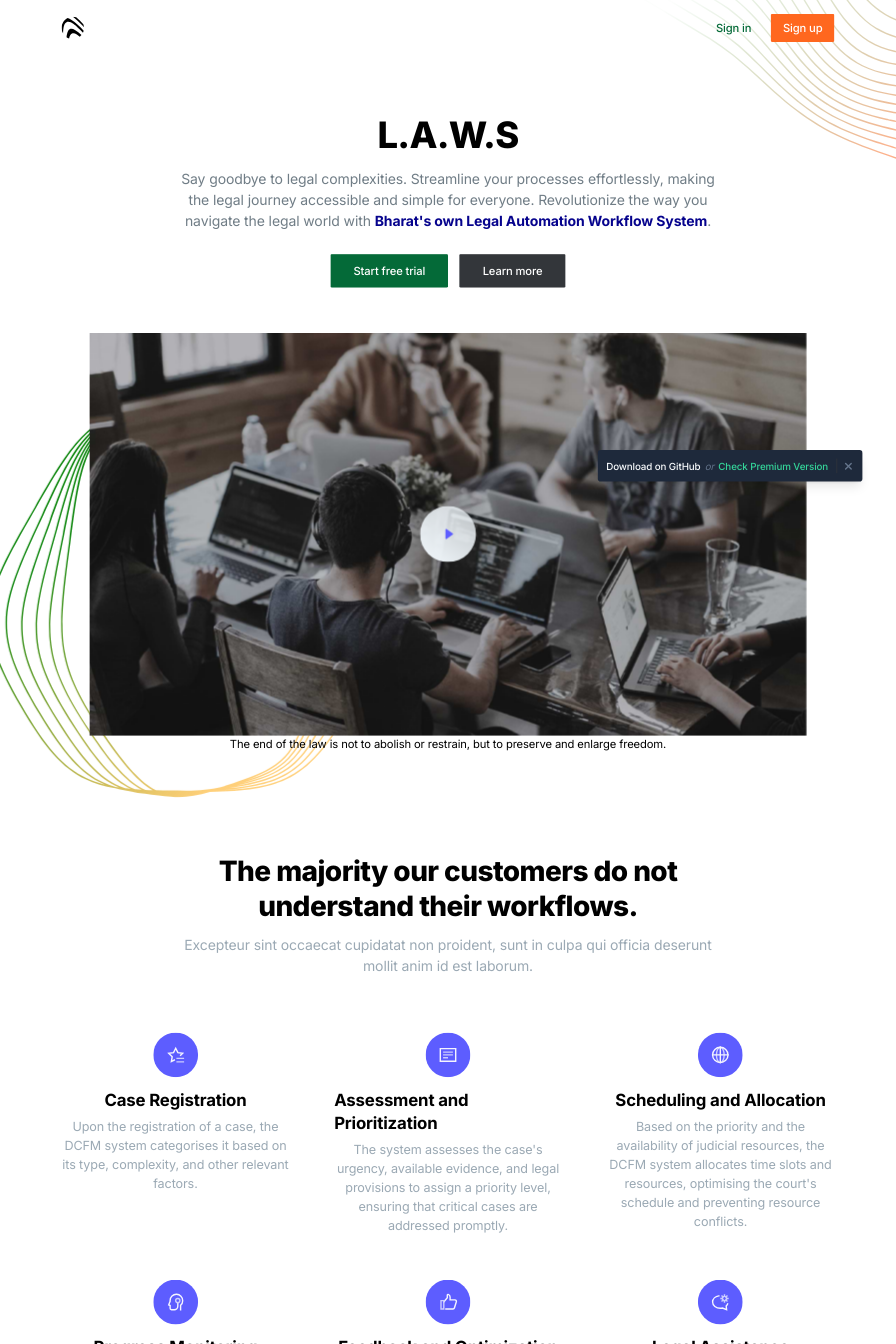
Repository: xoshiraghavx/SIH-23
Page: /
An editor plug-in stored every save of this project. The page is shown before and after the next save, followed by the edit.
The browser window is 1280 px wide. The pictures show the part of the page from y = 0 to 1920 px (the page is 5214 px tall), at 70% of full size.
The project was rebuilt for these pictures with package versions that can differ from the ones it lists, and the page was loaded fresh each time. The framework's server and built-in components were replaced by stand-ins that run in the browser. Also part of the build but not shown: next.config.js.

Above is the page before, as saved 2023-09-29 08:34:29.

### app/layout.tsx
import './css/style.css'

import { Inter, Architects_Daughter } from 'next/font/google'

import Header from '@/components/ui/header'
import Banner from '@/components/banner'

const inter = Inter({
  subsets: ['latin'],
  variable: '--font-inter',
  display: 'swap'
})

const architects_daughter = Architects_Daughter({
  subsets: ['latin'],
  variable: '--font-architects-daughter',
  weight: '400',
  display: 'swap'
})

export const metadata = {
  title: 'Create Next App',
  description: 'Generated by create next app',
}

export default function RootLayout({
  children,
}: {
  children: React.ReactNode
}) {
  return (
    <html lang="en">
      <body className={`${inter.variable} ${architects_daughter.variable} font-inter antialiased bg-white text-black tracking-tight`}>
        <div className="flex flex-col min-h-screen overflow-hidden">
          <Header />
          {children}
          <Banner />
        </div>
      </body>
    </html>
  )
}

### components/ui/header.tsx
import Link from 'next/link'
import MobileMenu from './mobile-menu'

export default function Header() {
  return (
    <header className="absolute w-full z-30">
      <div className="max-w-6xl mx-auto px-4 sm:px-6">
        <div className="flex items-center justify-between h-20">
          {/* Site branding */}
          <div className="shrink-0 mr-4">
            {/* Logo */}
            <Link href="/" className="block" aria-label="Cruip">
              <svg className="w-8 h-8 fill-current text-blue" viewBox="0 0 32 32" xmlns="http://www.w3.org/2000/svg">
                <path d="M31.952 14.751a260.51 260.51 0 00-4.359-4.407C23.932 6.734 20.16 3.182 16.171 0c1.634.017 3.21.28 4.692.751 3.487 3.114 6.846 6.398 10.163 9.737.493 1.346.811 2.776.926 4.262zm-1.388 7.883c-2.496-2.597-5.051-5.12-7.737-7.471-3.706-3.246-10.693-9.81-15.736-7.418-4.552 2.158-4.717 10.543-4.96 16.238A15.926 15.926 0 010 16C0 9.799 3.528 4.421 8.686 1.766c1.82.593 3.593 1.675 5.038 2.587 6.569 4.14 12.29 9.71 17.792 15.57-.237.94-.557 1.846-.952 2.711zm-4.505 5.81a56.161 56.161 0 00-1.007-.823c-2.574-2.054-6.087-4.805-9.394-4.044-3.022.695-4.264 4.267-4.97 7.52a15.945 15.945 0 01-3.665-1.85c.366-3.242.89-6.675 2.405-9.364 2.315-4.107 6.287-3.072 9.613-1.132 3.36 1.96 6.417 4.572 9.313 7.417a16.097 16.097 0 01-2.295 2.275z" />
              </svg>
            </Link>
          </div>

          {/* Desktop navigation */}
          <nav className="hidden md:flex md:grow">
            {/* Desktop sign in links */}
            <ul className="flex grow justify-end flex-wrap items-center">
              <li>
                <Link
                  href="/signin"
                  className="font-medium text-[#046A38] px-4 py-3 flex items-center transition duration-150 ease-in-out"
                >
                  Sign in
                </Link>
              </li>
              <li>
                <Link href="/signup" className="btn-sm text-white bg-[#FF671F] hover:bg-[#046A38] ml-3">
                  Sign up
                </Link>
              </li>
            </ul>
          </nav>

          <MobileMenu />

        </div>
      </div>
    </header>
  )
}

### components/banner.tsx
'use client'

import { useState } from 'react'

export default function Banner() {
  const [bannerOpen, setBannerOpen] = useState<boolean>(true)

  return (
    <>
      {bannerOpen && (
        <div className="fixed bottom-0 right-0 w-full md:bottom-8 md:right-12 md:w-auto z-50">
          <div className="bg-slate-800 text-slate-50 text-sm p-3 md:rounded shadow-lg flex justify-between">
            <div className="text-slate-500 inline-flex">
              <a
                className="font-medium hover:underline text-slate-50"
                href="https://github.com/cruip/open-react-template"
                target="_blank"
                rel="noreferrer"
              >
                Download<span className="hidden sm:inline"> on GitHub</span>
              </a>{' '}
              <span className="italic px-1.5">or</span>{' '}
              <a className="font-medium hover:underline text-emerald-400" href="https://cruip.com/open-pro/" target="_blank" rel="noreferrer">
                Check Premium Version
              </a>
            </div>
            <button className="text-slate-500 hover:text-slate-400 pl-2 ml-3 border-l border-gray-700" onClick={() => setBannerOpen(false)}>
              <span className="sr-only">Close</span>
              <svg className="w-4 h-4 shrink-0 fill-current" viewBox="0 0 16 16">
                <path d="M12.72 3.293a1 1 0 00-1.415 0L8.012 6.586 4.72 3.293a1 1 0 00-1.414 1.414L6.598 8l-3.293 3.293a1 1 0 101.414 1.414l3.293-3.293 3.293 3.293a1 1 0 001.414-1.414L9.426 8l3.293-3.293a1 1 0 000-1.414z" />
              </svg>
            </button>
          </div>
        </div>
      )}
    </>
  )
}

### app/css/additional-styles/utility-patterns.css
/* Typography */
.h1 {
    @apply text-4xl font-extrabold leading-tight tracking-tighter;
}

.h2 {
    @apply text-3xl font-extrabold leading-tight tracking-tighter;
}

.h3 {
    @apply text-3xl font-bold leading-tight;
}

.h4 {
    @apply text-2xl font-bold leading-snug tracking-tight;
}

@screen md {
    .h1 {
        @apply text-5xl;
    }

    .h2 {
        @apply text-4xl;
    }
}

/* Buttons */
.btn,
.btn-sm {
    @apply font-medium inline-flex items-center justify-center border border-transparent rounded-sm leading-snug transition duration-150 ease-in-out;
}

.btn {
    @apply px-8 py-3;
}

.btn-sm {
    @apply px-4 py-2;
}

/* Forms */
.form-input,
.form-textarea,
.form-multiselect,
.form-select,
.form-checkbox,
.form-radio {
    @apply bg-transparent border border-gray-700 focus:border-gray-500;
}

.form-input,
.form-textarea,
.form-multiselect,
.form-select,
.form-checkbox {
    @apply rounded-sm;
}

.form-input,
.form-textarea,
.form-multiselect,
.form-select {
    @apply py-3 px-4;
}

.form-input,
.form-textarea {
    @apply placeholder-gray-500;
}

.form-select {
    @apply pr-10;
}

.form-checkbox,
.form-radio {
    @apply text-purple-600;
}

### app/css/additional-styles/range-slider.css
/* Range slider */
:root {
    --range-thumb-size: 36px;
}

input[type=range] {
    appearance: none;
    background: #ccc;
    border-radius: 3px;
    height: 6px;
    margin-top: (--range-thumb-size - 6px) * 0.5;
    margin-bottom: (--range-thumb-size - 6px) * 0.5;
    --thumb-size: #{--range-thumb-size};
}

input[type=range]::-webkit-slider-thumb {
    appearance: none;
    -webkit-appearance: none;
    background-color: #000;
    background-image: url("data:[embedded picture, 172 characters]");
    background-position: center;
    background-repeat: no-repeat;
    border: 0;
    border-radius: 50%;
    cursor: pointer;
    height: --range-thumb-size;
    width: --range-thumb-size;
}

input[type=range]::-moz-range-thumb {
    background-color: #000;
    background-image: url("data:[embedded picture, 172 characters]");
    background-position: center;
    background-repeat: no-repeat;
    border: 0;
    border: none;
    border-radius: 50%;
    cursor: pointer;
    height: --range-thumb-size;
    width: --range-thumb-size;
}

input[type=range]::-ms-thumb {
    background-color: #000;
    background-image: url("data:[embedded picture, 172 characters]");
    background-position: center;
    background-repeat: no-repeat;
    border: 0;
    border-radius: 50%;
    cursor: pointer;
    height: --range-thumb-size;
    width: --range-thumb-size;
}

input[type=range]::-moz-focus-outer {
    border: 0;
}

### components/ui/mobile-menu.tsx
'use client'

import { useState, useRef, useEffect } from 'react'
import Link from 'next/link'

export default function MobileMenu() {
  const [mobileNavOpen, setMobileNavOpen] = useState<boolean>(false)

  const trigger = useRef<HTMLButtonElement>(null)
  const mobileNav = useRef<HTMLDivElement>(null)

  // close the mobile menu on click outside
  useEffect(() => {
    const clickHandler = ({ target }: { target: EventTarget | null }): void => {
      if (!mobileNav.current || !trigger.current) return;
      if (!mobileNavOpen || mobileNav.current.contains(target as Node) || trigger.current.contains(target as Node)) return;
      setMobileNavOpen(false)
    };
    document.addEventListener('click', clickHandler)
    return () => document.removeEventListener('click', clickHandler)
  })

  // close the mobile menu if the esc key is pressed
  useEffect(() => {
    const keyHandler = ({ keyCode }: { keyCode: number }): void => {
      if (!mobileNavOpen || keyCode !== 27) return;
      setMobileNavOpen(false)
    };
    document.addEventListener('keydown', keyHandler)
    return () => document.removeEventListener('keydown', keyHandler)
  })

  return (
    <div className="md:hidden">
      {/* Hamburger button */}
      <button
        ref={trigger}
        className={`hamburger ${mobileNavOpen && 'active'}`}
        aria-controls="mobile-nav"
        aria-expanded={mobileNavOpen}
        onClick={() => setMobileNavOpen(!mobileNavOpen)}
      >
        <span className="sr-only">Menu</span>
        <svg
          className="w-6 h-6 fill-current text-[#FF671F] transition duration-150 ease-in-out"
          viewBox="0 0 24 24"
          xmlns="http://www.w3.org/2000/svg"
        >
          <rect y="4" width="24" height="2" rx="1" />
          <rect y="11" width="24" height="2" rx="1" />
          <rect y="18" width="24" height="2" rx="1" />
        </svg>
      </button>

      {/*Mobile navigation */}
      <nav
        id="mobile-nav"
        ref={mobileNav}
        className="absolute top-full z-20 left-0 w-full px-4 sm:px-6 overflow-hidden transition-all duration-300 ease-in-out"
        style={mobileNavOpen ? { maxHeight: mobileNav.current?.scrollHeight, opacity: 1 } : { maxHeight: 0, opacity: 0.8 }}
      >
        <ul className="bg-gray-800 px-4 py-2">
          <li>
            <Link href="/signin" className="flex font-medium w-full text-purple-600 hover:text-gray-200 py-2 justify-center" onClick={() => setMobileNavOpen(false)}>
              Sign in
            </Link>
          </li>
          <li>
            <Link
              href="/signup"
              className="font-medium w-full inline-flex items-center justify-center border border-transparent px-4 py-2 my-2 rounded-sm text-white bg-purple-600 hover:bg-purple-700 transition duration-150 ease-in-out" onClick={() => setMobileNavOpen(false)}
            >
              Sign up
            </Link>
          </li>
        </ul>
      </nav>
    </div>
  )
}

### components/modal-video.tsx
'use client'

import { useState, useRef, Fragment } from 'react'
import type { StaticImageData } from 'next/image'
import { Dialog, Transition } from '@headlessui/react'
import Image from 'next/image'

interface ModalVideoProps {
  thumb: StaticImageData
  thumbWidth: number
  thumbHeight: number
  thumbAlt: string
  video: string
  videoWidth: number
  videoHeight: number
}

export default function ModalVideo({
  thumb,
  thumbWidth,
  thumbHeight,
  thumbAlt,
  video,
  videoWidth,
  videoHeight,
}: ModalVideoProps) {
  const [modalOpen, setModalOpen] = useState<boolean>(false)
  const videoRef = useRef<HTMLVideoElement>(null)

  return (
    <div>

      {/* Video thumbnail */}
      <div>
        <div className="relative flex justify-center items-center" data-aos="fade-up" data-aos-delay="200">
          <Image src={thumb} width={thumbWidth} height={thumbHeight} alt={thumbAlt} />
          <button className="absolute group" onClick={() => { setModalOpen(true) }} aria-label="Watch the video">
            <svg className="w-16 h-16 sm:w-20 sm:h-20 hover:opacity-75 transition duration-150 ease-in-out" viewBox="0 0 88 88" xmlns="http://www.w3.org/2000/svg">
              <defs>
                <linearGradient x1="78.169%" y1="9.507%" x2="24.434%" y2="90.469%" id="a">
                  <stop stopColor="#EBF1F5" stopOpacity=".8" offset="0%" />
                  <stop stopColor="#EBF1F5" offset="100%" />
                </linearGradient>
              </defs>
              <circle fill="url(#a)" cx="44" cy="44" r="44" />
              <path className="fill-current text-purple-600" d="M52 44a.999.999 0 00-.427-.82l-10-7A1 1 0 0040 37V51a.999.999 0 001.573.82l10-7A.995.995 0 0052 44V44c0 .001 0 .001 0 0z" />
            </svg>
          </button>
        </div>
      </div>
      {/* End: Video thumbnail */}

      <Transition show={modalOpen} as={Fragment} afterEnter={() => videoRef.current?.play()}>
        <Dialog initialFocus={videoRef} onClose={() => setModalOpen(false)}>

          {/* Modal backdrop */}
          <Transition.Child
            className="fixed inset-0 z-[99999] bg-black bg-opacity-75 transition-opacity"
            enter="transition ease-out duration-200"
            enterFrom="opacity-0"
            enterTo="opacity-100"
            leave="transition ease-out duration-100"
            leaveFrom="opacity-100"
            leaveTo="opacity-0"
            aria-hidden="true"
          />
          {/* End: Modal backdrop */}

          {/* Modal dialog */}
          <Transition.Child
            className="fixed inset-0 z-[99999] overflow-hidden flex items-center justify-center transform px-4 sm:px-6"
            enter="transition ease-out duration-200"
            enterFrom="opacity-0 scale-95"
            enterTo="opacity-100 scale-100"
            leave="ttransition ease-out duration-200"
            leaveFrom="oopacity-100 scale-100"
            leaveTo="opacity-0 scale-95"
          >
            <div className="max-w-6xl mx-auto h-full flex items-center">
              <Dialog.Panel className="w-full max-h-full aspect-video bg-black overflow-hidden">
                <video ref={videoRef} width={videoWidth} height={videoHeight} loop controls>
                  <source src={video} type="video/mp4" />
                  Your browser does not support the video tag.
                </video>
              </Dialog.Panel>
            </div>
          </Transition.Child>
          {/* End: Modal dialog */}

        </Dialog>
      </Transition>

    </div>
  )
}

Loaded but not shown: app/(default)/layout.tsx (common file); app/(default)/page.tsx (common file); app/css/style.css (common file); app/css/additional-styles/toggle-switch.css (common file); tailwind.config.js (common file); components/page-illustration.tsx (18 lines, source omitted); components/newsletter.tsx (47 lines, source omitted); components/hero.tsx (56 lines, source omitted); components/ui/footer.tsx (146 lines, source omitted); components/zigzag.tsx (137 lines, source omitted); components/features.tsx (98 lines, source omitted); components/testimonials.tsx (76 lines, source omitted); app/css/additional-styles/theme.css (152 lines, source omitted)

After the next save:
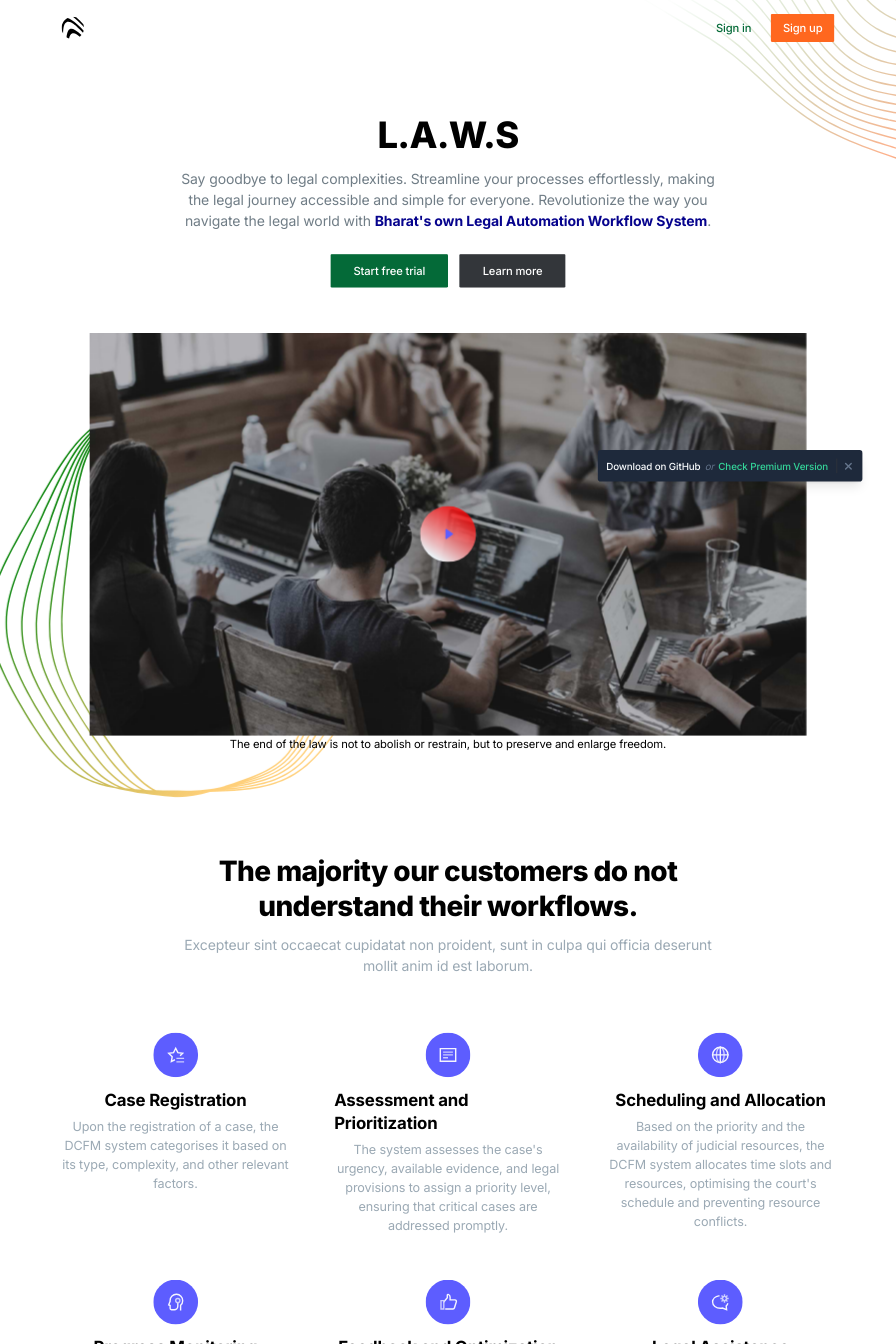
Saved 5 min 29 s later.
--- a/components/modal-video.tsx
+++ b/components/modal-video.tsx
@@ -38,7 +38,7 @@
             <svg className="w-16 h-16 sm:w-20 sm:h-20 hover:opacity-75 transition duration-150 ease-in-out" viewBox="0 0 88 88" xmlns="http://www.w3.org/2000/svg">
               <defs>
                 <linearGradient x1="78.169%" y1="9.507%" x2="24.434%" y2="90.469%" id="a">
-                  <stop stopColor="#EBF1F5" stopOpacity=".8" offset="0%" />
+                  <stop stopColor="red" stopOpacity=".8" offset="0%" />
                   <stop stopColor="#EBF1F5" offset="100%" />
                 </linearGradient>
               </defs>

After the 2 saves that followed:
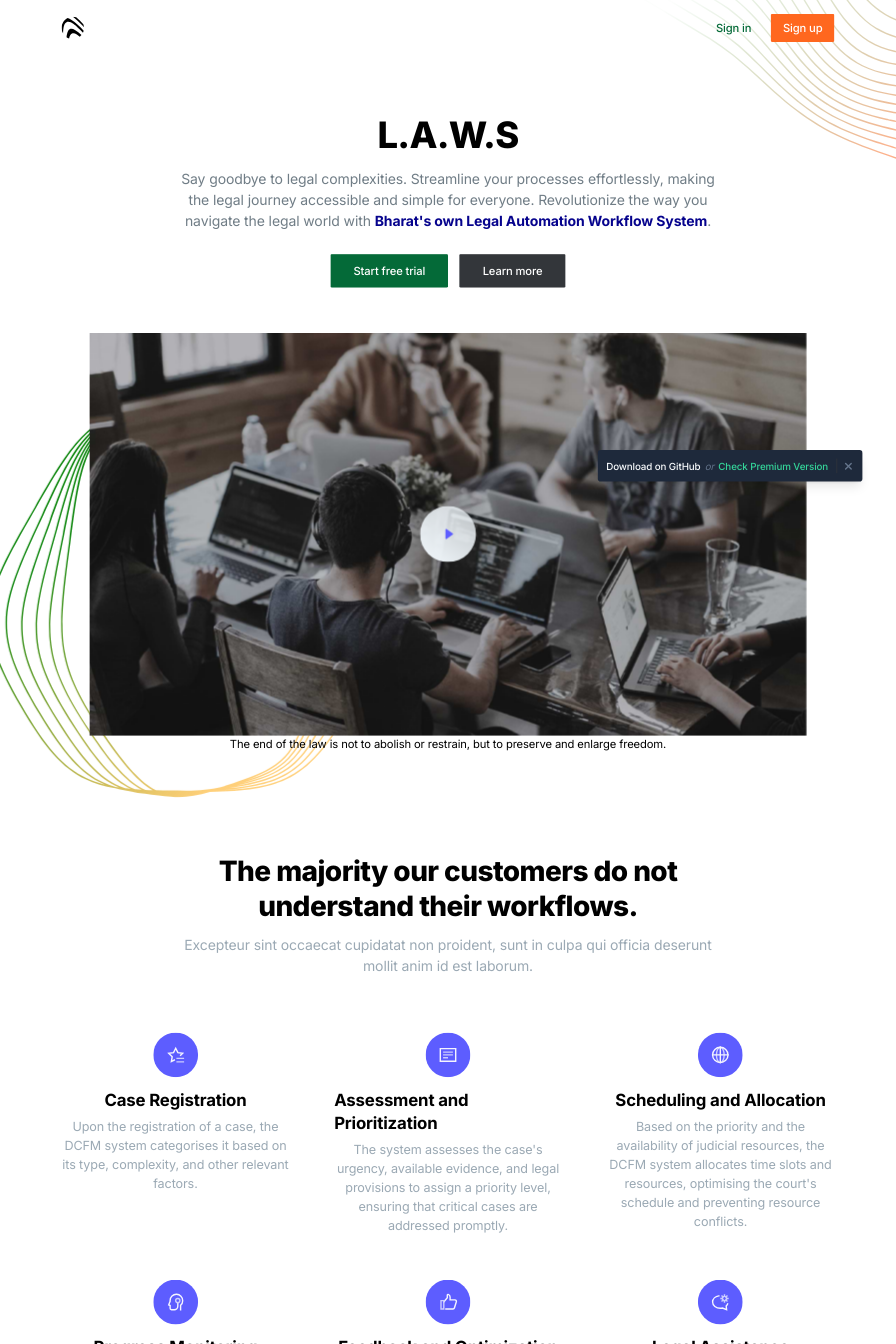
The 2 saves are shown as one change because they came seconds apart.
The last was saved 9 s later.
--- a/components/modal-video.tsx
+++ b/components/modal-video.tsx
@@ -38,7 +38,7 @@
             <svg className="w-16 h-16 sm:w-20 sm:h-20 hover:opacity-75 transition duration-150 ease-in-out" viewBox="0 0 88 88" xmlns="http://www.w3.org/2000/svg">
               <defs>
                 <linearGradient x1="78.169%" y1="9.507%" x2="24.434%" y2="90.469%" id="a">
-                  <stop stopColor="red" stopOpacity=".8" offset="0%" />
+                  <stop stopColor="#EBF1F5" stopOpacity=".8" offset="0%" />
                   <stop stopColor="#EBF1F5" offset="100%" />
                 </linearGradient>
               </defs>
